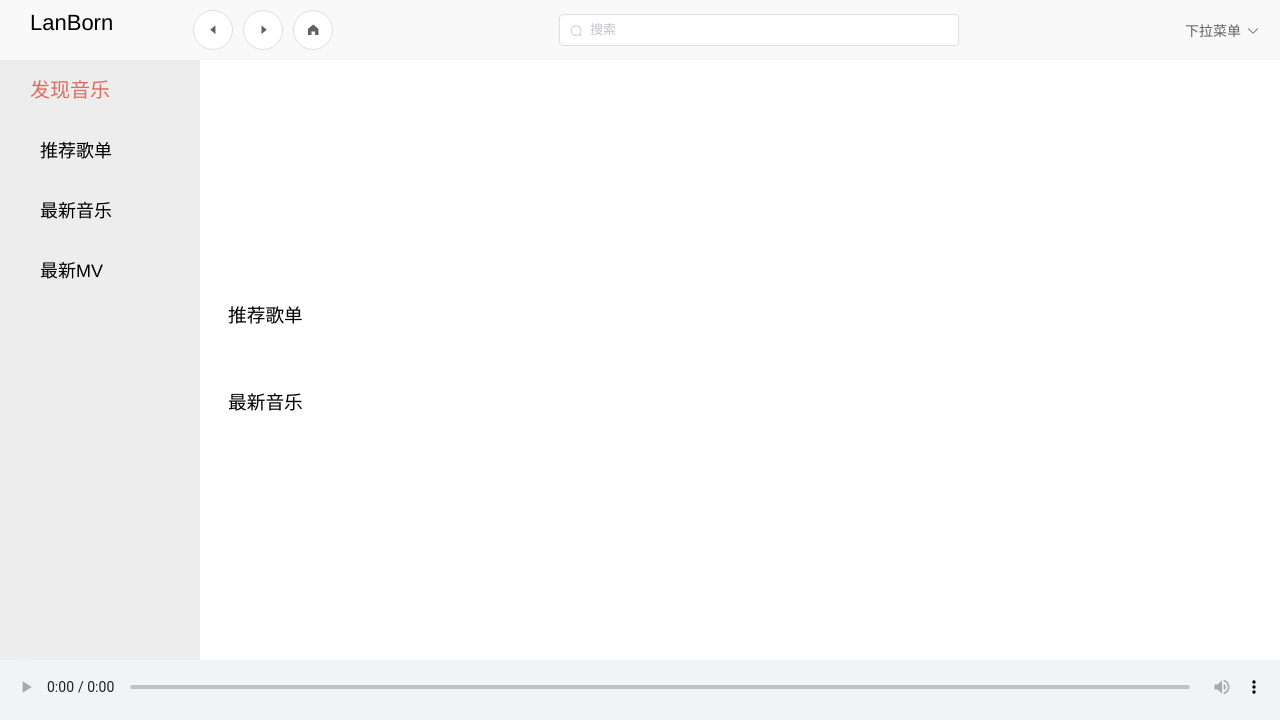
Repository: Lanborn/cloud_music
Page: /
These files come from the project's save history. The page is drawn as it stood at one moment and after a run of saves; the edit follows.
The browser window is 1280 px wide. The pictures show the whole page.
The page's requests for data from a server got no answer. An inner scrolling area shows only its first screen. The project was rebuilt for these pictures with package versions that can differ from the ones it lists, and the page was loaded fresh each time. No one was signed in, and anything a server would have sent is missing. Also part of the build but not shown: vue.config.js, src/components/playlists.vue, src/components/songs.vue, src/components/mvs.vue, src/components/result.vue, src/components/playlist.vue, src/components/mv.vue.

Above is the page before, as saved 2021-12-11 00:31:25.

After the next 2 saves:
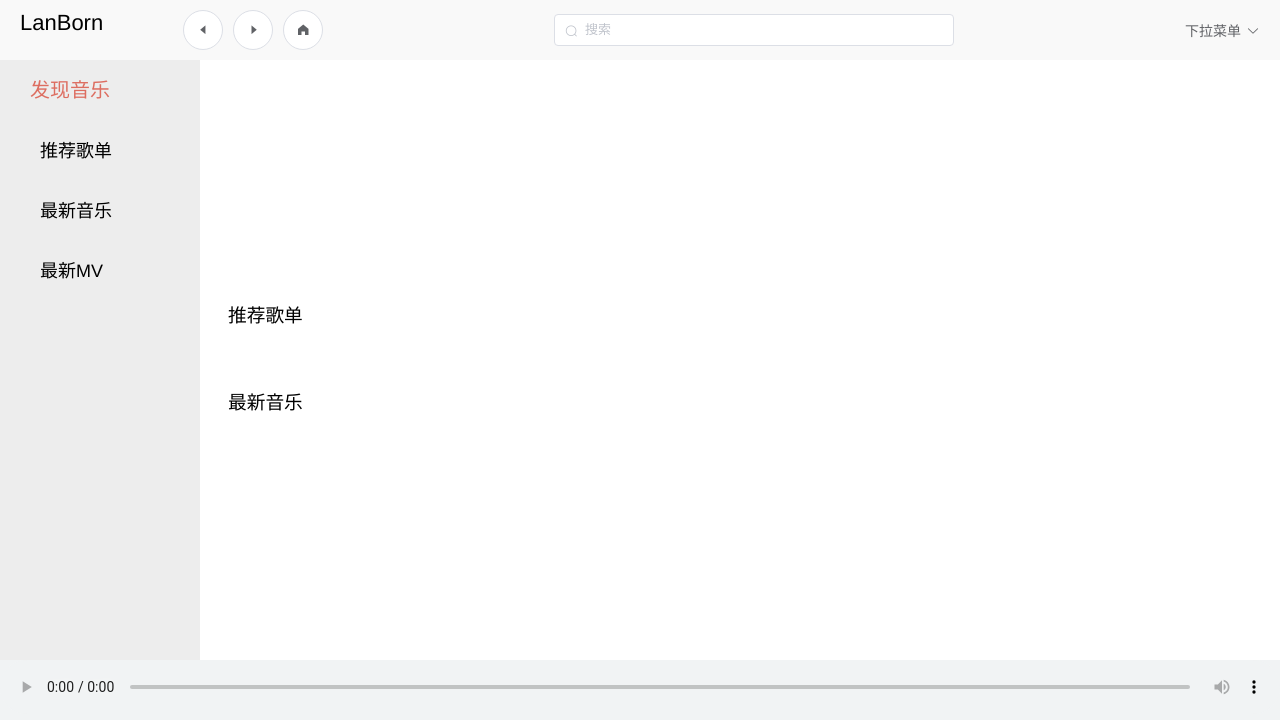
The 2 saves are shown as one change because they came seconds apart.
The last was saved 8 s later.
--- a/src/views/top.vue
+++ b/src/views/top.vue
@@ -119,7 +119,7 @@ export default {
   color: black;
 }
 .left-box a {
-  margin-left: 10px;
+  margin-top: 10px;
   font-size: 22px;
   color: black;
 }
